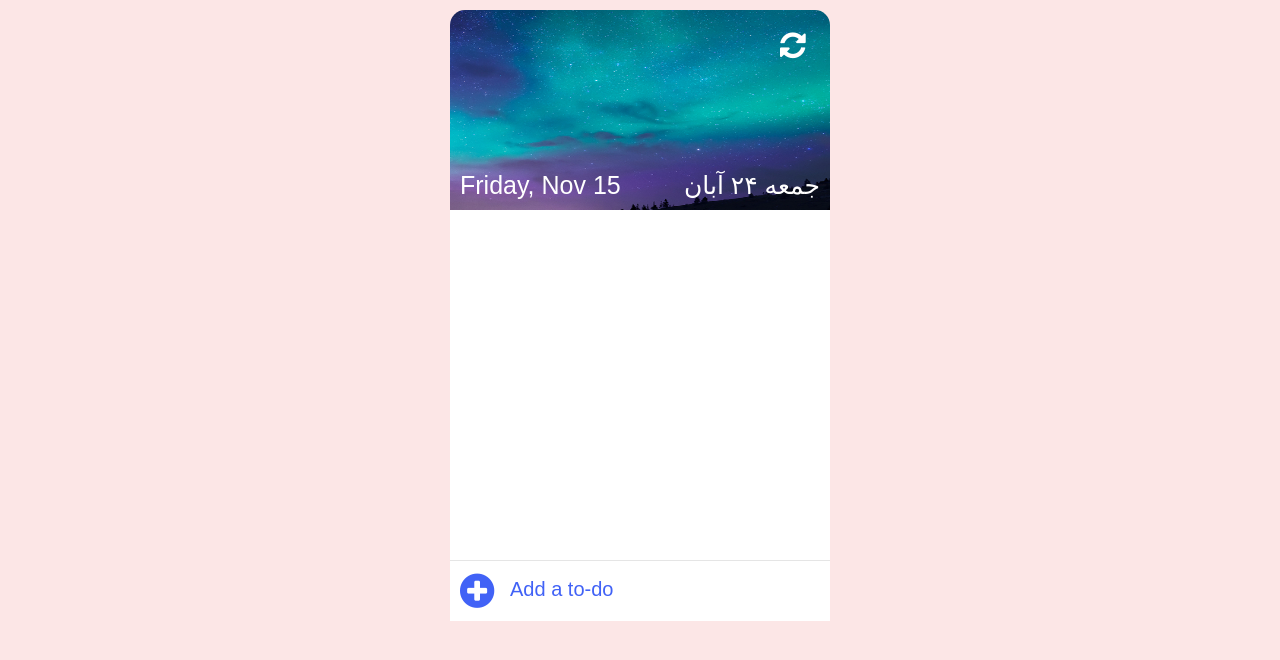
Repository: abouzarSoleymani/todo-js
Page: index.html
An editor plug-in stored every save of this project. The page is shown before and after the next save, followed by the edit.
The browser window is 1280 px wide. The pictures show the whole page.

Above is the page before, as saved 2019-11-15 13:45:34.

### index.html
<!-- CODE EXPLAINED CHANNEL -->
<!DOCTYPE html>
<html lang="en">
<head>
    <meta charset="UTF-8">
    <title>JavaScript - To Do List</title>
    <link href="https://fonts.googleapis.com/css?family=Roboto|Signika&display=swap" rel="stylesheet">
        <link rel="stylesheet" href="css/font-awesome.css">
    <link rel="stylesheet" href="css/style.css">
</head>
<body>
    <div class="container">
        <div class="header">
            <div class="clear">
                <i class="fa fa-refresh"></i>
            </div>
            <div id="date"></div>
            <div id="date-fa"></div>
        </div>
        <div class="content">
            <ul id="list">
               <!--
                <li class="item">
                    <i class="fa fa-circle-thin co" job="complete" id="0"></i>
                    <p class="text">Drink Coffee</p>
                    <i class="fa fa-trash-o de" job="delete" id="0"></i>
                </li> -->
            </ul>
        </div>
        <div class="add-to-do">
            <i class="fa fa-plus-circle"></i>
            <input type="text" id="input" placeholder="Add a to-do">
        </div>
    </div>
    <script src="js/app.js"></script>
</body>
</html>

### css/style.css
/* ------------ youtube.com/CodeExplained ------------ */
body{
    padding: 0;
    margin: 0;
    background-color: rgba(226, 14, 14, 0.1);
    font-family: 'Roboto', sans-serif;
    height: 100vh;
}

/* ------------ container ------------ */
.container{
    padding:10px;
    width:380px;
    margin:0 auto;
}

/* ------------ header ------------ */
.header{
    width: 380px;
    height:200px;
    background-image: url('../img/bg2.jpg');
    background-size: 100% 200%;
    background-repeat: no-repeat;
    border-radius: 15px 15px 0 0;
    position: relative;
}
.clear{
    width : 30px;
    height: 30px;
    position: absolute;
    right:20px;
    top: 20px;
}
.clear i{
    font-size: 30px;
    color: #FFF;
}
.clear i:hover{
    cursor: pointer;
    text-shadow: 1px 3px 5px #000;
    transform: rotate(45deg);
}
#date{
    position: absolute;
    bottom: 10px;
    left: 10px;
    color: #FFF;
    font-size: 25px;
    font-family: 'Titillium Web', sans-serif;
}
#date-fa{
    position: absolute;
    bottom: 10px;
    right: 10px;
    color: #FFF;
    font-size: 25px;
    font-family: 'Titillium Web', sans-serif;
}

/* ------------ content ------------ */
.content{
    width:380px;
    height: 350px;
    max-height:350px;
    background-color: #FFF;
    overflow: auto;
}
.content::-webkit-scrollbar {
    display: none;
}
.content ul{
    padding:0;
    margin:0;
}
.item{
    width:380px;
    height: 45px;
    min-height: 45px;
    position: relative;
    border-bottom: 1px solid rgba(0,0,0,0.1);
    list-style: none;
    padding: 0;
    margin: 0;
}
.item i.co{
    position: absolute;
    font-size: 25px;
    padding-left:5px;
    left:15px;
    top:10px;
}
.item i.co:hover{
    cursor: pointer;
}
.fa-check-circle{
    color:#6eb200;
}
.item p.text{
    position: absolute;
    padding:0;
    margin:0;
    font-size: 20px;
    left:50px;
    top:5px;
    background-color: #FFF;
    max-width:285px;
}
.lineThrough{
    text-decoration: line-through;
    color : #ccc;
}
.item i.de{
    position: absolute;
    font-size: 25px;
    right:15px;
    top:10px;
}
.item i.de:hover{
    color:#af0000;
    cursor: pointer;
}
/* ------------ add item ------------ */
.add-to-do{
    position: relative;
    width: 360px;
    height:40px;
    background-color: #FFF;
    padding: 10px;
    border-top: 1px solid rgba(0,0,0,0.1);
}
.add-to-do i{
    position: absolute;
    font-size: 40px;
    color: #4162f6;
}

.add-to-do input{
    position: absolute;
    left: 50px;
    height: 35px;
    width: 310px;
    background-color: transparent;
    border: none;
    font-size: 20px;
    padding-left:10px;
}
.add-to-do input::-webkit-input-placeholder { /* Chrome/Opera/Safari */
    color: #4162f6;
    font-family: 'Titillium Web', sans-serif;
    font-size: 20px;
}
.add-to-do input::-moz-placeholder { /* Firefox 19+ */
    color: #4162f6;
    font-family: 'Titillium Web', sans-serif;
    font-size: 20px;
}
.add-to-do input:-ms-input-placeholder { /* IE 10+ */
    color: #4162f6;
    font-family: 'Titillium Web', sans-serif;
    font-size: 20px;
}
.add-to-do input:-moz-placeholder { /* Firefox 18- */
    color: #4162f6;
    font-family: 'Titillium Web', sans-serif;
    font-size: 20px;
}

### js/app.js
// CODE EXPLAINED channel

// Select the Elements
const clear = document.querySelector(".clear");
const dateElementEN = document.getElementById("date");
const dateElementFA = document.getElementById("date-fa");
const list = document.getElementById("list");
const input = document.getElementById("input");

// Classes names
const CHECK = "fa-check-circle";
const UNCHECK = "fa-circle-thin";
const LINE_THROUGH = "lineThrough";

// Variables
let LIST, id;

// get item from localstorage
let data = localStorage.getItem("TODO");

// check if data is not empty
if(data){
    LIST = JSON.parse(data);
    id = LIST.length; // set the id to the last one in the list
    loadList(LIST); // load the list to the user interface
}else{
    // if data isn't empty
    LIST = [];
    id = 0;
}

// load items to the user's interface
function loadList(array){
    array.forEach(function(item){
        addToDo(item.name, item.id, item.done, item.trash);
    });
}

// clear the local storage
clear.addEventListener("click", function(){
    localStorage.clear();
    location.reload();
});

// Show todays date
const optionsEN = {weekday : "long", month:"short", day:"numeric"};
const optionsFA = { weekday : "long", month:"short", day:"numeric"};
const today = new Date();

dateElementEN.innerHTML = today.toLocaleDateString("en-US", optionsEN);
dateElementFA.innerHTML = today.toLocaleDateString("fa", optionsFA);

// add to do function

function addToDo(toDo, id, done, trash){

    if(trash){ return; }

    const DONE = done ? CHECK : UNCHECK;
    const LINE = done ? LINE_THROUGH : "";

    const item = `<li class="item">
                    <i class="fa ${DONE} co" job="complete" id="${id}"></i>
                    <p class="text ${LINE}">${toDo}</p>
                    <i class="fa fa-trash-o de" job="delete" id="${id}"></i>
                  </li>
                `;

    const position = "beforeend";

    list.insertAdjacentHTML(position, item);
}

// add an item to the list user the enter key
document.addEventListener("keyup",function(even){
    if(event.keyCode == 13){
        const toDo = input.value;

        // if the input isn't empty
        if(toDo){
            addToDo(toDo, id, false, false);

            LIST.push({
                name : toDo,
                id : id,
                done : false,
                trash : false
            });

            // add item to localstorage ( this code must be added where the LIST array is updated)
            localStorage.setItem("TODO", JSON.stringify(LIST));

            id++;
        }
        input.value = "";
    }
});


// complete to do
function completeToDo(element){
    element.classList.toggle(CHECK);
    element.classList.toggle(UNCHECK);
    element.parentNode.querySelector(".text").classList.toggle(LINE_THROUGH);

    LIST[element.id].done = LIST[element.id].done ? false : true;
}

// remove to do
function removeToDo(element){
    element.parentNode.parentNode.removeChild(element.parentNode);

    LIST[element.id].trash = true;
}

// target the items created dynamically

list.addEventListener("click", function(event){
    const element = event.target; // return the clicked element inside list
    const elementJob = element.attributes.job.value; // complete or delete

    if(elementJob == "complete"){
        completeToDo(element);
    }else if(elementJob == "delete"){
        removeToDo(element);
    }

    // add item to localstorage ( this code must be added where the LIST array is updated)
    localStorage.setItem("TODO", JSON.stringify(LIST));
});

Loaded but not shown: css/font-awesome.css (library)

After the next save:
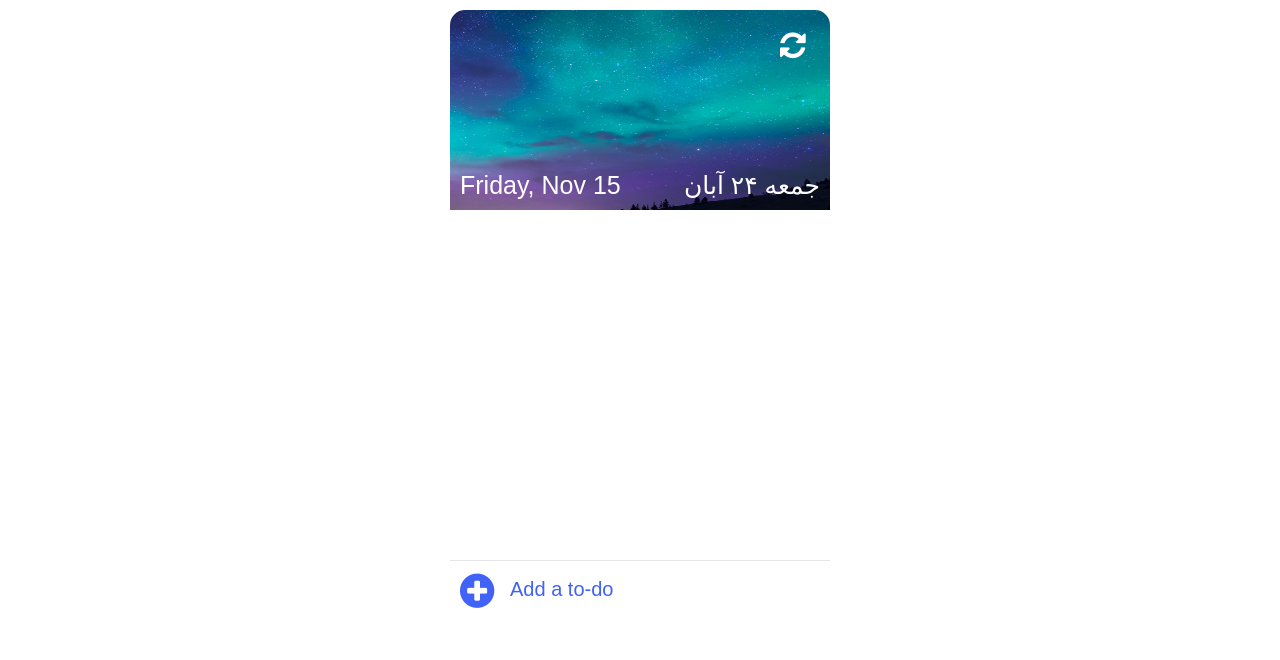
Saved 26 s later.
--- a/css/style.css
+++ b/css/style.css
@@ -2,7 +2,7 @@
 body{
     padding: 0;
     margin: 0;
-    background-color: rgba(226, 14, 14, 0.1);
+    background-color: rgba(255, 255, 255, 0.1);
     font-family: 'Roboto', sans-serif;
     height: 100vh;
 }
